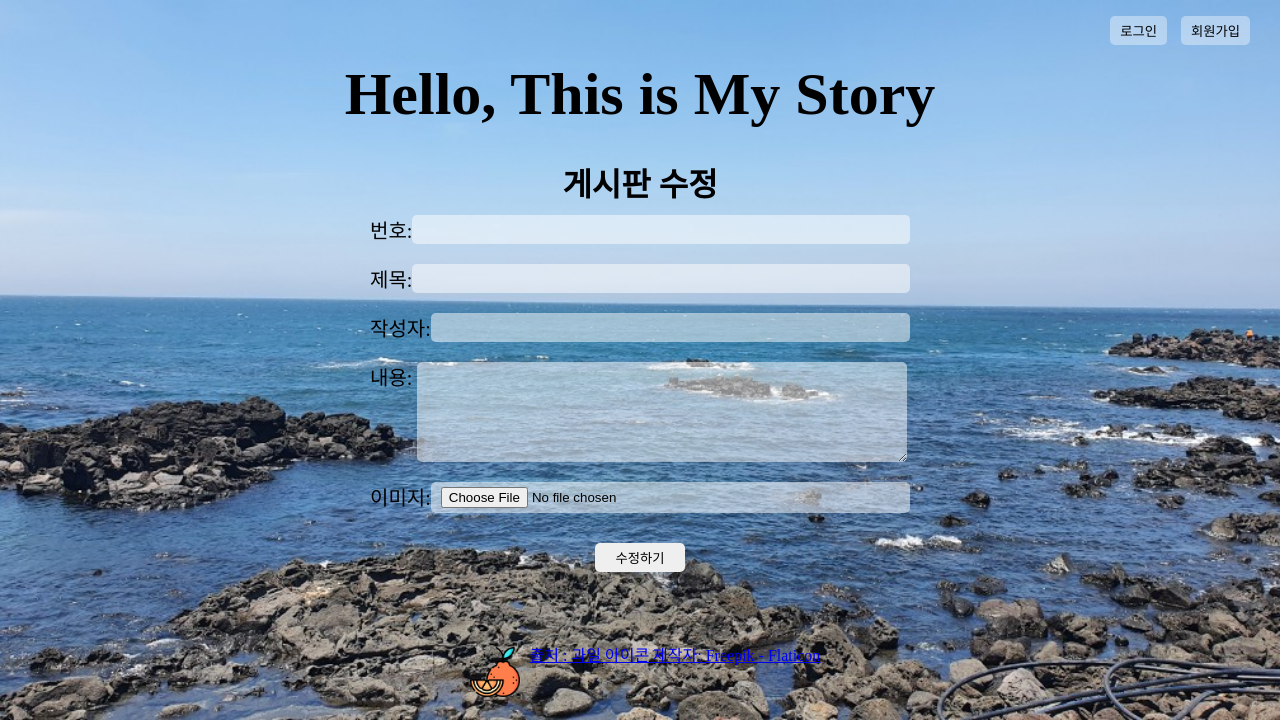
Repository: jeeniii/test2022_12_29
Page: http://localhost/portfolio/board/modify.jsp
The author's editor kept a copy of each file at every save. The page is drawn from the files as they stood at one save, then again after the next save.
The browser window is 1280 px wide. The pictures show the whole page.
The page is served by Tomcat 9. The template is opened directly, without the code that normally fills it, so the values that code supplies are empty.

Above is the page before, as saved 2022-12-14 03:54:42.

After the next save:
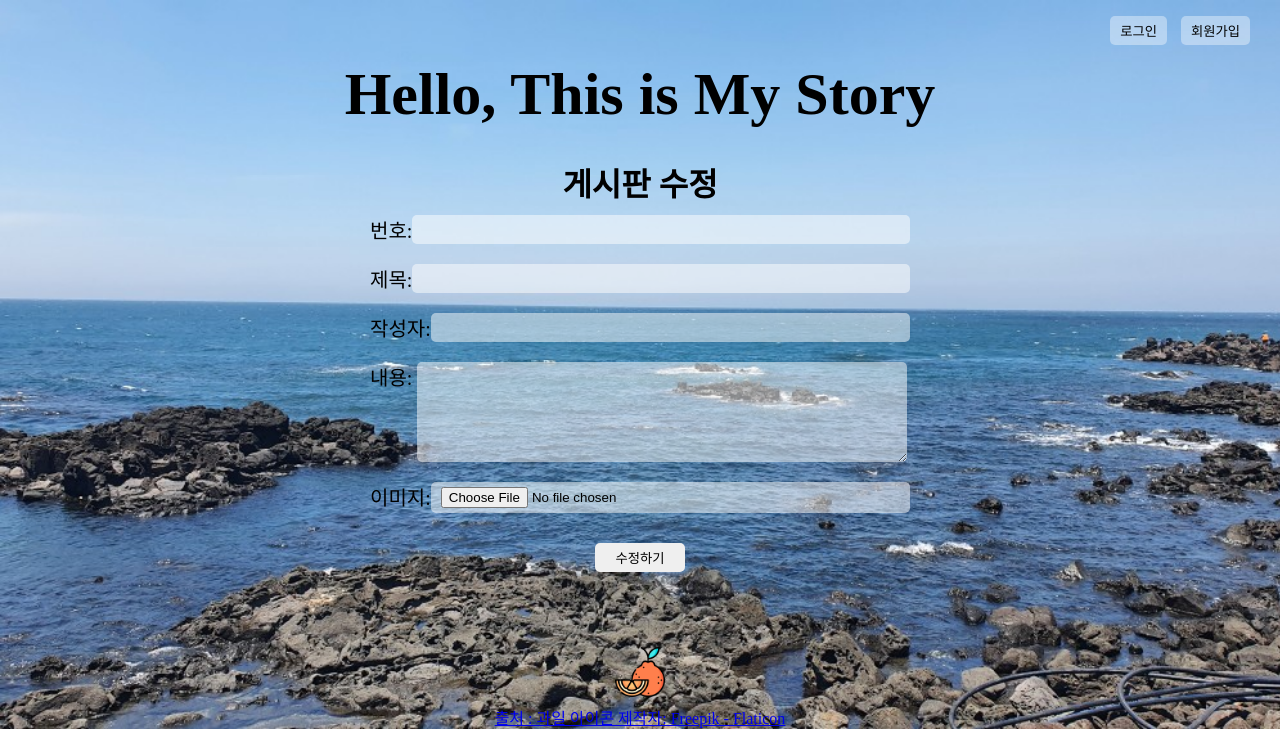
Saved 42 s later.
--- a/JSP_Portfolio/portfolio/src/main/webapp/resources/css/footer.css
+++ b/JSP_Portfolio/portfolio/src/main/webapp/resources/css/footer.css
@@ -22,5 +22,7 @@
 footer{
 	width: 100%;
 	display: flex;
+	flex-direction: column;
 	justify-content: center;
+	align-items: center;
 }
